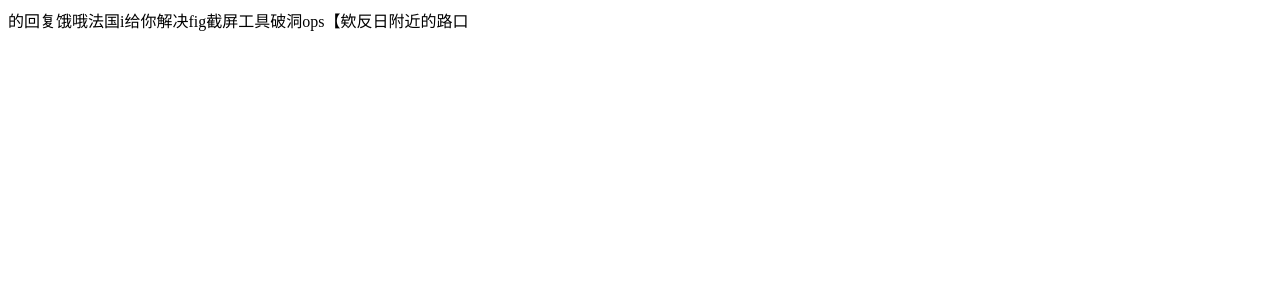
Repository: ljx1197678031/Wed-Design
Page: 01/5.html
These files come from the project's save history. The page is drawn as it stood at one moment and after a run of saves; the edit follows.
The browser window is 1280 px wide. The pictures show the whole page.

Above is the page before, as saved 2020-06-03 15:44:17.

### 01/5.html
<!DOCTYPE html>
<html lang="en">
<head>
    <meta charset="UTF-8">
    <meta name="viewport" content="width=device-width, initial-scale=1.0">
    <title>Document</title>
</head>
<body>
    的回复饿哦法国i给你解决fig截屏工具破洞ops【欸反日附近的路口
</body>
</html>

After the next 3 saves:
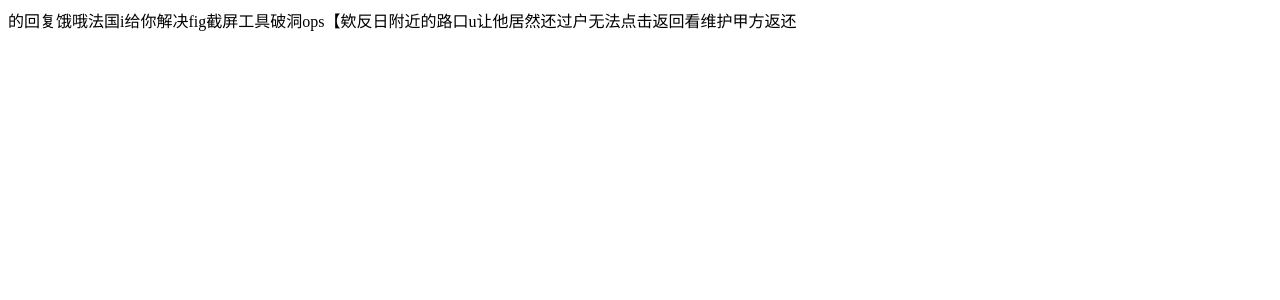
The 3 saves are shown as one change because they came seconds apart.
The last was saved 9 s later.
--- a/01/5.html
+++ b/01/5.html
@@ -6,6 +6,6 @@
     <title>Document</title>
 </head>
 <body>
-    的回复饿哦法国i给你解决fig截屏工具破洞ops【欸反日附近的路口
+    的回复饿哦法国i给你解决fig截屏工具破洞ops【欸反日附近的路口u让他居然还过户无法点击返回看维护甲方返还
 </body>
 </html>
